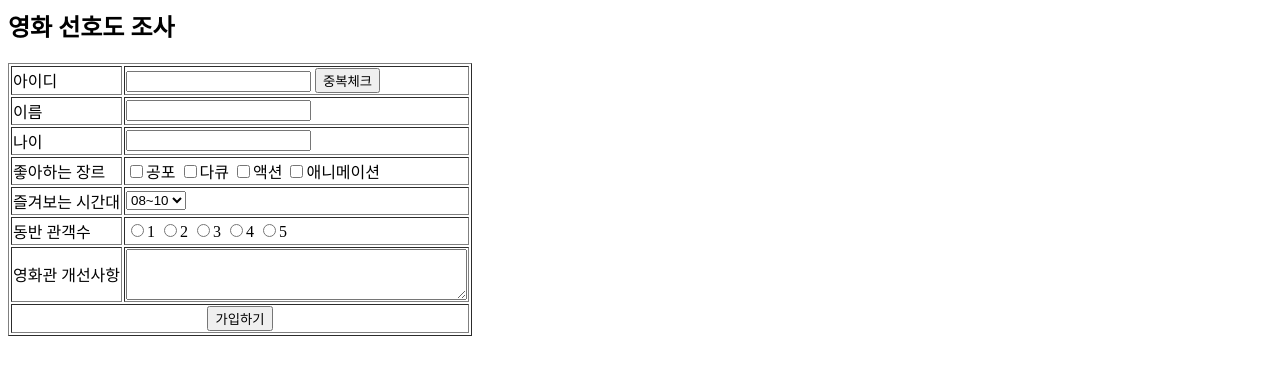
Repository: uj06134/Metabuild_JSP
Page: http://localhost/05_JDBC_movie/insertForm.jsp
The author's editor kept a copy of each file at every save. The page is drawn from the files as they stood at one save, then again after the next save.
The browser window is 1280 px wide. The pictures show the whole page.
The page is served by Tomcat 9. Other server files are loaded and not shown.

Above is the page before, as saved 2025-09-12 07:55:31.

### 05_JDBC_movie/src/main/webapp/insertForm.jsp
<%@ page language="java" contentType="text/html; charset=UTF-8"
	pageEncoding="UTF-8"%>
<script type="text/javascript" src="js/jquery.js"></script>
<script type="text/javascript">
	$(function(){
		// 중복체크 버튼을 클릭 했을 때
		$("#id_check").click(function(){
			var isCheck = false; // 중복체크를 클릭하면 true, 클릭하지 않으면 false
			var isChange = false;
			var use = "";
			var isBlank = false;
			if($("input[name=id]").val() == ''){
				alert("아이디 입력")
				return;
			}

			$.ajax({
				url: "id_check_proc.jsp", // 사용가능:yes. 사용불가능:no
				data: ({
					userid: $("input[name=id]").val()
				}),
				success: function(data){
					alert(data);
					if($.trim(data) == 'YES'){
						$("#idmessage").html("<font color=blue>사용가능</font>");
						$("#idmessage").show();
						use = "possible";
					} else{
						$("#idmessage").html("<font color=red>이미 사용중인 아이디입니다</font>");
						$("#idmessage").show();
						use = "impossible";
					}
				}// success
			});// ajax
		});// click

		$("input[name=id]").keydown(function(){
			$("#idmessage").css("display", "none");
			use = "";
			isChange = true;
		});// keydown

		$('#sub').click(function(){
			if(use == "impossible"){
				alert("이미 사용중인 아이디입니다.")
				return false; // 이미 사용중인데 넘어가지 못하게 false
			}else if(isCheck == false || isChange == true){ //중복체크 버튼 클릭하지 않았으면
				alert('중복체크를 클릭하세요');
				return false;
			}else if($("input[name=id]").val() == ''){
				alert("아이디를 입력하세요 submit")
				return false;
			}
		});// submit click
	});


</script>
<%
	String [] genre = {"공포", "다큐", "액션", "애니메이션"};
	String [] time = {"08~10","10~12","12~14","14~16","16~18"};
%>
	<h2>영화 선호도 조사 </h2>
	<form action="inputProc.jsp" method="post">
		<table border="1">
		<tr>
			<td>아이디</td>
			<td>
				<input type="text" name="id" value="">
				<input type="button" id="id_check" value="중복체크">
				<span id = "idmessage" style="display:none"></span>
			</td>
		</tr>
		<tr>
			<td>이름</td><td>
			<input type="text" name="name" value=""></td>
		</tr>
		<tr>
			<td>나이</td>
			<td><input type="text" name="age" value=""></td>
		</tr>
		<tr>
			<td>좋아하는 장르</td>
			<td>
			<%for(String g : genre) { %>
			  <input type="checkbox" name="genre" value="<%= g %>"><%= g %>
			<%} %>

			</td>
		</tr>

		<tr>
			<td>즐겨보는 시간대</td>
			<td>

				<select name="time">
					<%for(int i=0; i<time.length; i++){ %>
    				<option value="<%= time[i] %>"><%= time[i] %></option>
					<%} %>
				</select>
		<tr>
			<td>동반 관객수</td>
			<td>
				<%
				for(int i=1;i<=5;i++){
				%>
					<input type="radio" name="partner" value="<%=i%>"><%=i%>
				<%} %>
			</td>
		</tr>

		<tr>
			<td>영화관 개선사항</td>
			<td>
				<textarea name="memo" cols="40" rows="3"></textarea>
			</td>
		</tr>
		<tr align="center">
			<td colspan="2">
				<input type="submit" value="가입하기" id="sub">
			</td>
		</tr>
		</table>
	</form>

Loaded but not shown: 05_JDBC_movie/src/main/webapp/js/jquery.js (library)

After the next save:
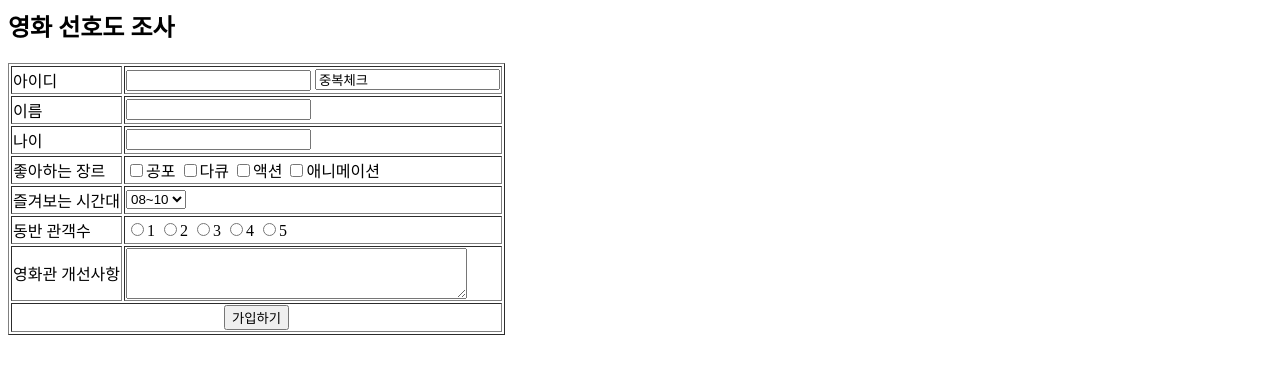
Saved 67 s later.
--- a/05_JDBC_movie/src/main/webapp/insertForm.jsp
+++ b/05_JDBC_movie/src/main/webapp/insertForm.jsp
@@ -67,7 +67,7 @@
 			<td>아이디</td>
 			<td>
 				<input type="text" name="id" value="">
-				<input type="button" id="id_check" value="중복체크">
+				<input id="id_check" value="중복체크">
 				<span id = "idmessage" style="display:none"></span>
 			</td>
 		</tr>

After the save that followed:
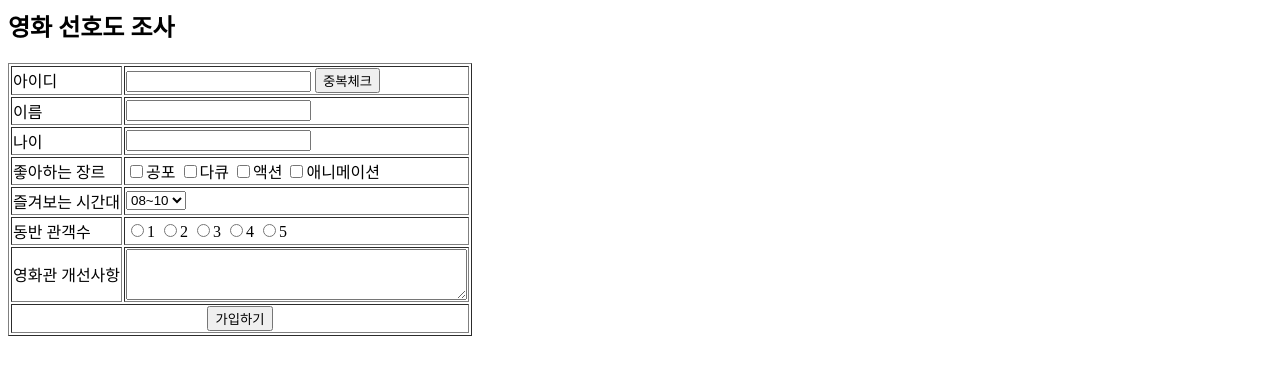
Saved 6 s later.
--- a/05_JDBC_movie/src/main/webapp/insertForm.jsp
+++ b/05_JDBC_movie/src/main/webapp/insertForm.jsp
@@ -67,7 +67,7 @@
 			<td>아이디</td>
 			<td>
 				<input type="text" name="id" value="">
-				<input id="id_check" value="중복체크">
+				<input type="button" id="id_check" value="중복체크">
 				<span id = "idmessage" style="display:none"></span>
 			</td>
 		</tr>
